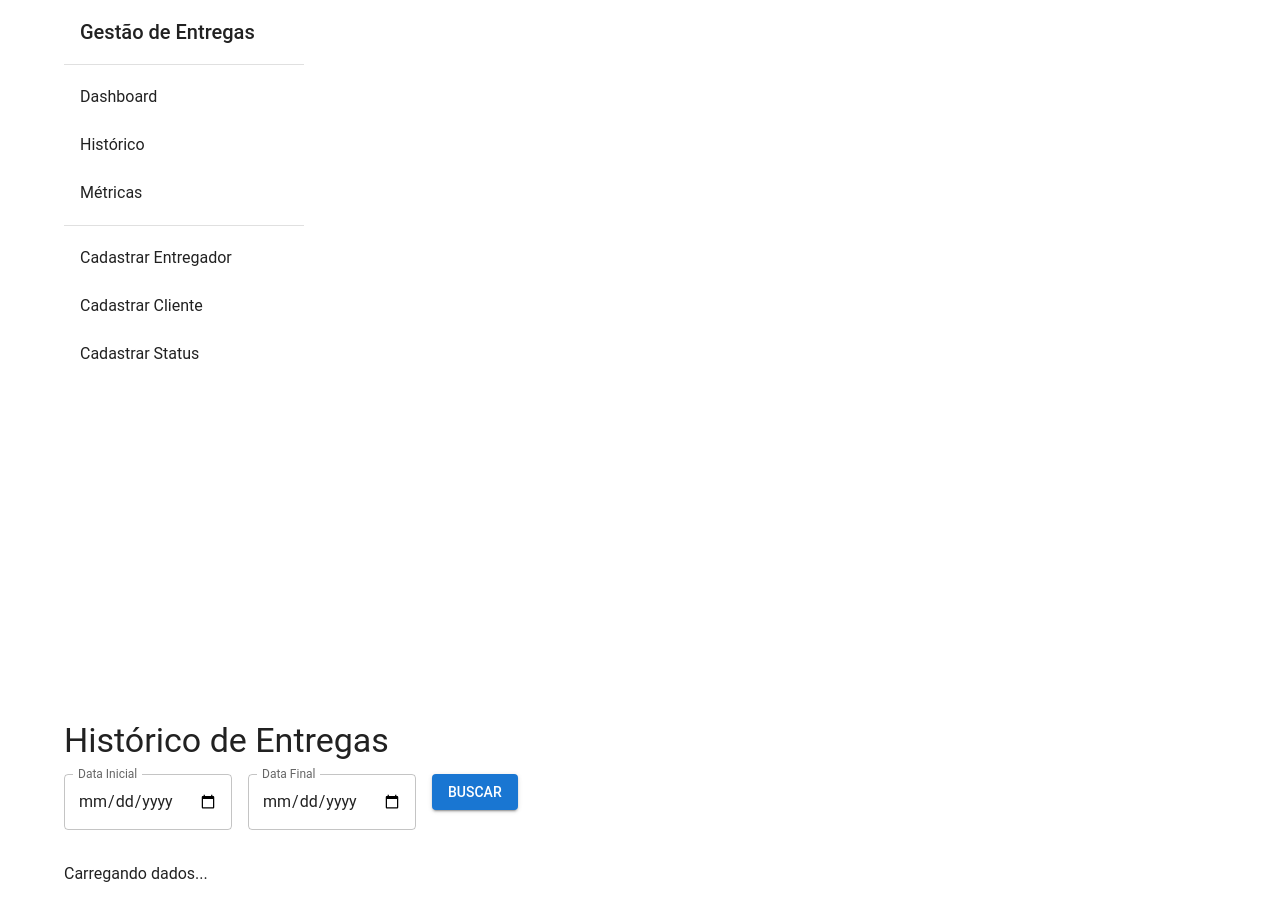
Repository: feliperanon/mobilegestao
Page: /history (app in frontend/)
The author's editor kept a copy of each file at every save. The page is drawn from the files as they stood at one save, then again after the next save.
The browser window is 1280 px wide. The pictures show the whole page.
The page's requests for data from a server got no answer. The project was rebuilt for these pictures with package versions that can differ from the ones it lists, and the page was loaded fresh each time. No one was signed in, and anything a server would have sent is missing. Also part of the build but not shown: frontend/webpack.config.js, frontend/src/pages/Home.js, frontend/src/pages/Analysis.js, frontend/src/components/Dashboard.js, frontend/src/components/Login.js, frontend/src/components/Register.js, frontend/src/components/AddEntregador.js, frontend/src/components/AddCliente.js and 2 more.

Above is the page before, as saved 2024-07-20 20:06:36.

### frontend/public/index.html
<!-- frontend/public/index.html -->

<!DOCTYPE html>
<html lang="en">
<head>
    <meta charset="UTF-8">
    <meta name="viewport" content="width=device-width, initial-scale=1.0">
    <title>Mobile Gestão</title>
</head>
<body>
    <div id="root"></div>
</body>
</html>

### frontend/src/index.js
import React from 'react';
import { createRoot } from 'react-dom/client';
import { BrowserRouter as Router, Route, Routes } from 'react-router-dom';
import { ThemeProvider, createTheme } from '@mui/material/styles';
import CssBaseline from '@mui/material/CssBaseline';
import Home from './pages/Home';
import History from './pages/History';
import Analysis from './pages/Analysis';
import Dashboard from './components/Dashboard';
import Login from './components/Login';
import Register from './components/Register';
import AddEntregador from './components/AddEntregador';
import AddCliente from './components/AddCliente';
import AddStatus from './components/AddStatus';
import Metrics from './components/Metrics';

const theme = createTheme({
  palette: {
    primary: {
      main: '#1976d2',
    },
    secondary: {
      main: '#dc004e',
    },
  },
  typography: {
    fontFamily: 'Roboto, Arial, sans-serif',
  },
});

const container = document.getElementById('root');
const root = createRoot(container);

root.render(
  <ThemeProvider theme={theme}>
    <CssBaseline />
    <Router>
      <Routes>
        <Route path="/" element={<Home />} />
        <Route path="/login" element={<Login />} />
        <Route path="/register" element={<Register />} />
        <Route path="/dashboard" element={<Dashboard />} />
        <Route path="/history" element={<History />} />
        <Route path="/analysis" element={<Analysis />} />
        <Route path="/metrics" element={<Metrics />} />
        <Route path="/add-entregador" element={<AddEntregador />} />
        <Route path="/add-cliente" element={<AddCliente />} />
        <Route path="/add-status" element={<AddStatus />} />
      </Routes>
    </Router>
  </ThemeProvider>
);

### frontend/src/pages/History.js
// frontend/src/pages/History.js

import React, { useState, useEffect } from 'react';
import axios from 'axios';
import Navigation from '../components/Navigation';
import { Container, Typography, Box, Table, TableBody, TableCell, TableContainer, TableHead, TableRow, Paper, TextField, Button } from '@mui/material';

const History = () => {
  const [history, setHistory] = useState([]);
  const [startDate, setStartDate] = useState('');
  const [endDate, setEndDate] = useState('');

  useEffect(() => {
    const fetchHistory = async () => {
      try {
        const result = await axios.get('http://localhost:5008/api/deliveries/history');
        setHistory(result.data);
      } catch (err) {
        console.error('Erro ao buscar histórico', err);
      }
    };
    fetchHistory();
  }, []);

  const handleSearch = async () => {
    try {
      const result = await axios.get('http://localhost:5008/api/deliveries/history', {
        params: { startDate, endDate }
      });
      setHistory(result.data);
    } catch (err) {
      console.error('Erro ao buscar histórico', err);
    }
  };

  return (
    <Container>
      <Navigation />
      <Typography variant="h4" component="h1" gutterBottom>
        Histórico de Entregas
      </Typography>
      <Box sx={{ mb: 4 }}>
        <TextField
          label="Data Inicial"
          type="date"
          value={startDate}
          onChange={(e) => setStartDate(e.target.value)}
          InputLabelProps={{ shrink: true }}
          sx={{ mr: 2 }}
        />
        <TextField
          label="Data Final"
          type="date"
          value={endDate}
          onChange={(e) => setEndDate(e.target.value)}
          InputLabelProps={{ shrink: true }}
          sx={{ mr: 2 }}
        />
        <Button variant="contained" color="primary" onClick={handleSearch}>
          Buscar
        </Button>
      </Box>
      {history.length > 0 ? (
        <TableContainer component={Paper}>
          <Table>
            <TableHead>
              <TableRow>
                <TableCell>Entregador</TableCell>
                <TableCell>Cliente</TableCell>
                <TableCell>Status</TableCell>
                <TableCell>Volume</TableCell>
                <TableCell>Tempo Decorrido (minutos)</TableCell>
                <TableCell>Iniciado</TableCell>
                <TableCell>Finalizado</TableCell>
              </TableRow>
            </TableHead>
            <TableBody>
              {history.map((item) => (
                <TableRow key={item._id}>
                  <TableCell>{item.entregador}</TableCell>
                  <TableCell>{Array.isArray(item.cliente) ? item.cliente.join(', ') : item.cliente}</TableCell>
                  <TableCell>{item.status}</TableCell>
                  <TableCell>{item.volume}</TableCell>
                  <TableCell>{item.tempoDecorrido}</TableCell>
                  <TableCell>{new Date(item.iniciado).toLocaleString()}</TableCell>
                  <TableCell>{new Date(item.finalizado).toLocaleString()}</TableCell>
                </TableRow>
              ))}
            </TableBody>
          </Table>
        </TableContainer>
      ) : (
        <p>Carregando dados...</p>
      )}
    </Container>
  );
};

export default History;

### frontend/src/components/Navigation.js
import React from 'react';
import { Link } from 'react-router-dom';
import { Box, Typography, Button, List, ListItem, ListItemText, Divider } from '@mui/material';

const Navigation = () => {
  return (
    <Box
      sx={{
        width: 240,
        bgcolor: 'background.paper',
        height: '100vh',
        display: 'flex',
        flexDirection: 'column',
        justifyContent: 'space-between',
      }}
    >
      <Box>
        <Typography variant="h6" sx={{ m: 2 }}>
          Gestão de Entregas
        </Typography>
        <Divider />
        <List>
          <ListItem button component={Link} to="/dashboard">
            <ListItemText primary="Dashboard" />
          </ListItem>
          <ListItem button component={Link} to="/history">
            <ListItemText primary="Histórico" />
          </ListItem>
          <ListItem button component={Link} to="/metrics">
            <ListItemText primary="Métricas" />
          </ListItem>
        </List>
        <Divider />
        <List>
          <ListItem button component={Link} to="/add-entregador">
            <ListItemText primary="Cadastrar Entregador" />
          </ListItem>
          <ListItem button component={Link} to="/add-cliente">
            <ListItemText primary="Cadastrar Cliente" />
          </ListItem>
          <ListItem button component={Link} to="/add-status">
            <ListItemText primary="Cadastrar Status" />
          </ListItem>
        </List>
      </Box>
    </Box>
  );
};

export default Navigation;

After the next save:
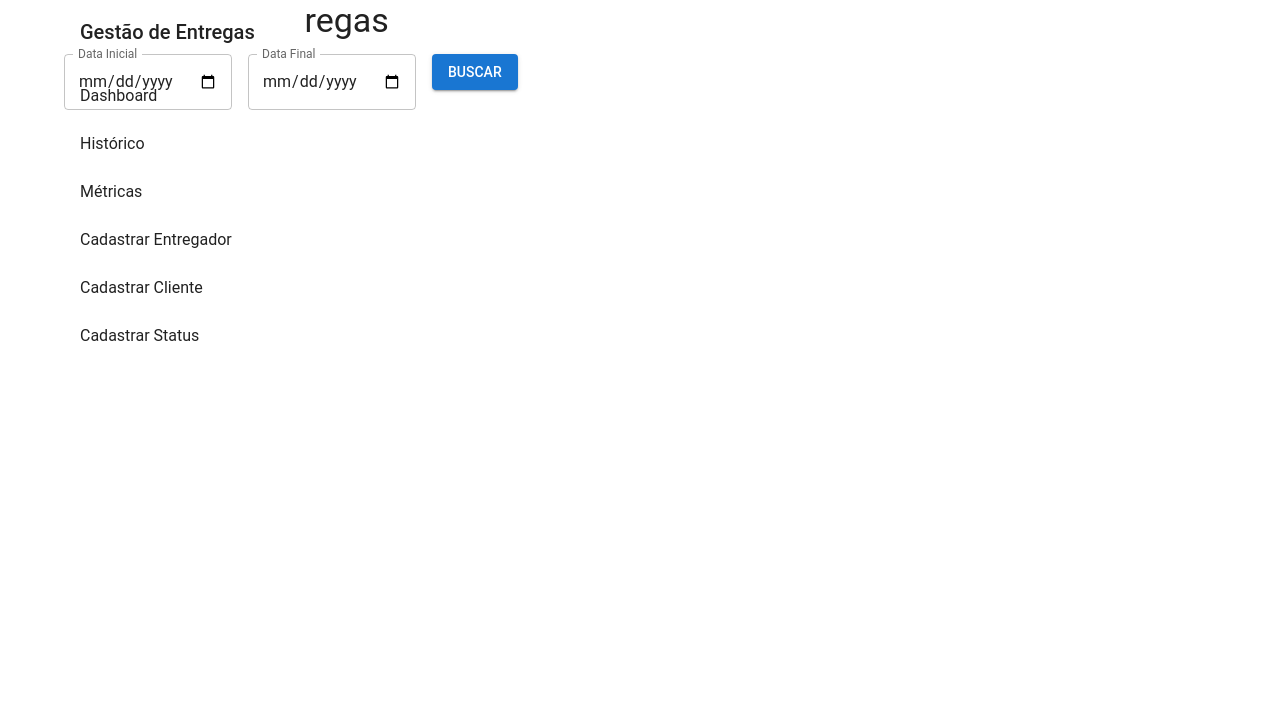
Saved 2 min 14 s later.
--- a/frontend/src/components/Navigation.js
+++ b/frontend/src/components/Navigation.js
@@ -1,48 +1,42 @@
 import React from 'react';
 import { Link } from 'react-router-dom';
-import { Box, Typography, Button, List, ListItem, ListItemText, Divider } from '@mui/material';
+import { Box, Typography, List, ListItem, ListItemText } from '@mui/material';
 
 const Navigation = () => {
   return (
     <Box
       sx={{
         width: 240,
+        height: '100vh',
         bgcolor: 'background.paper',
-        height: '100vh',
         display: 'flex',
         flexDirection: 'column',
-        justifyContent: 'space-between',
+        position: 'fixed',
       }}
     >
-      <Box>
-        <Typography variant="h6" sx={{ m: 2 }}>
-          Gestão de Entregas
-        </Typography>
-        <Divider />
-        <List>
-          <ListItem button component={Link} to="/dashboard">
-            <ListItemText primary="Dashboard" />
-          </ListItem>
-          <ListItem button component={Link} to="/history">
-            <ListItemText primary="Histórico" />
-          </ListItem>
-          <ListItem button component={Link} to="/metrics">
-            <ListItemText primary="Métricas" />
-          </ListItem>
-        </List>
-        <Divider />
-        <List>
-          <ListItem button component={Link} to="/add-entregador">
-            <ListItemText primary="Cadastrar Entregador" />
-          </ListItem>
-          <ListItem button component={Link} to="/add-cliente">
-            <ListItemText primary="Cadastrar Cliente" />
-          </ListItem>
-          <ListItem button component={Link} to="/add-status">
-            <ListItemText primary="Cadastrar Status" />
-          </ListItem>
-        </List>
-      </Box>
+      <Typography variant="h6" sx={{ m: 2 }}>
+        Gestão de Entregas
+      </Typography>
+      <List component="nav">
+        <ListItem button component={Link} to="/dashboard">
+          <ListItemText primary="Dashboard" />
+        </ListItem>
+        <ListItem button component={Link} to="/history">
+          <ListItemText primary="Histórico" />
+        </ListItem>
+        <ListItem button component={Link} to="/metrics">
+          <ListItemText primary="Métricas" />
+        </ListItem>
+        <ListItem button component={Link} to="/add-entregador">
+          <ListItemText primary="Cadastrar Entregador" />
+        </ListItem>
+        <ListItem button component={Link} to="/add-cliente">
+          <ListItemText primary="Cadastrar Cliente" />
+        </ListItem>
+        <ListItem button component={Link} to="/add-status">
+          <ListItemText primary="Cadastrar Status" />
+        </ListItem>
+      </List>
     </Box>
   );
 };
